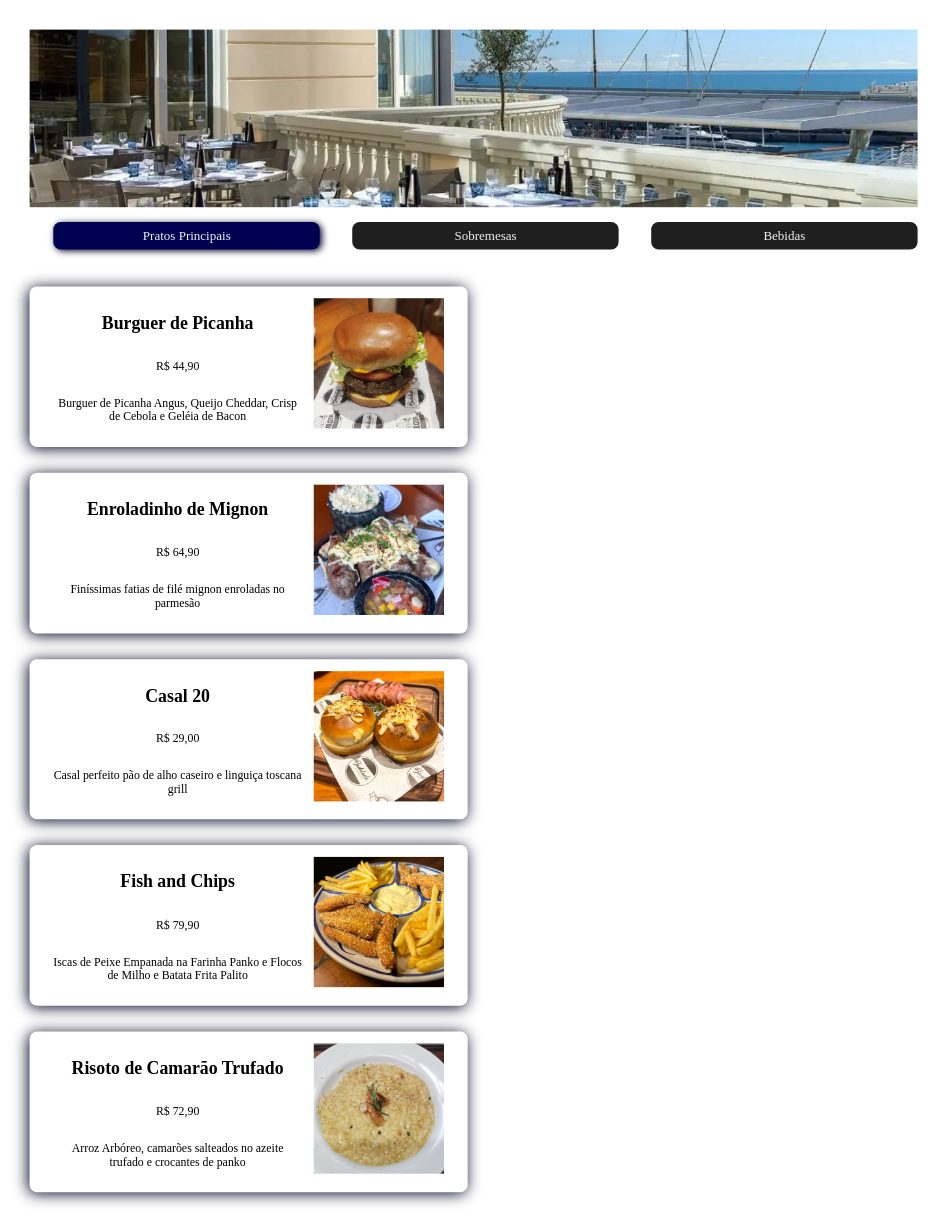
Repository: CarlosEduardoVdeOliveira/cardapio
Page: /
An editor plug-in stored every save of this project. The page is shown before and after the next save, followed by the edit.
The browser window is 1280 px wide. The pictures show the whole page, at 74% of full size.
The project was rebuilt for these pictures with package versions that can differ from the ones it lists, and the page was loaded fresh each time. Also part of the build but not shown: vite.config.js.

Above is the page before, as saved 2024-02-02 14:54:42.

After the next save:
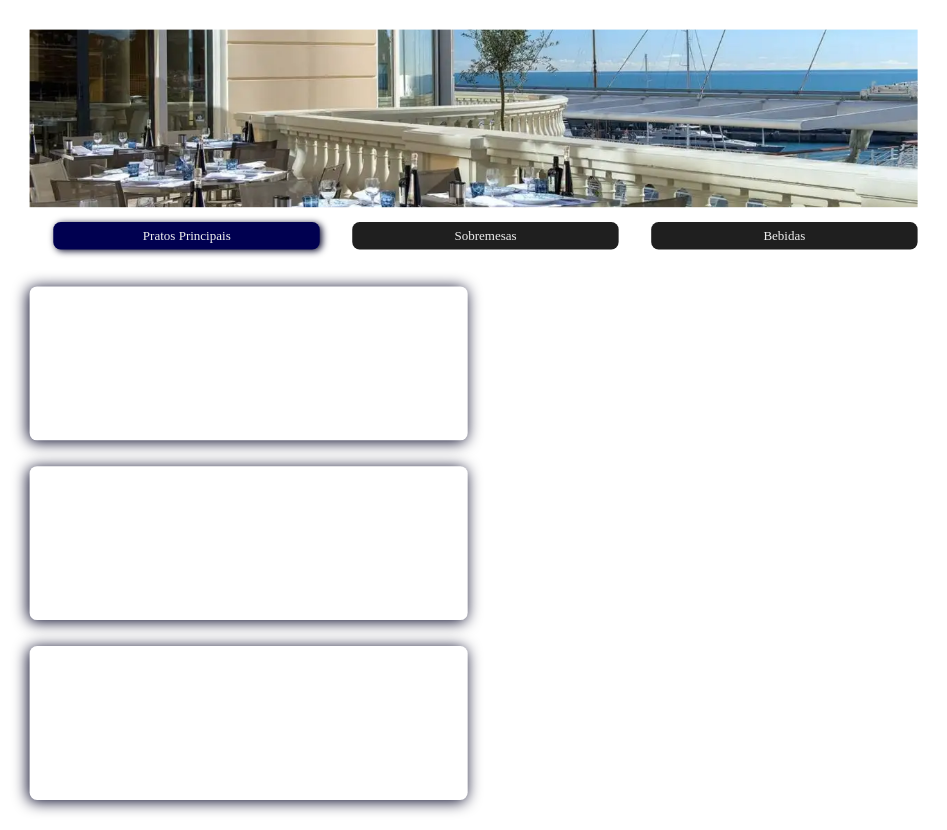
Saved 15 min 28 s later.
--- a/src/App.jsx
+++ b/src/App.jsx
@@ -6,18 +6,20 @@
 import { pratosPrincipais, bebidas, sobremesas } from './cardapio'
 
 export function App() {
+  const paginas = [pratosPrincipais, bebidas, sobremesas]
+  const paginaMenu = 0
   return (
     <>
       <img className="capa" src={banner} alt="imagem do restaurante em Monaco, França, em frente ao mar" />
       <Navegacao />
       <div className="menu">
         {
-          pratosPrincipais.map(prato =>(
+          paginas.map(item =>(
             <ItemCardapio
-              nome={prato.nome}
-              preco={prato.preco}
-              descricao={prato.descricao}
-              imagem={prato.imagem}
+              nome={item.nome}
+              preco={item.preco}
+              descricao={item.descricao}
+              imagem={item.imagem}
             />
           ))
         }

After the save that followed:
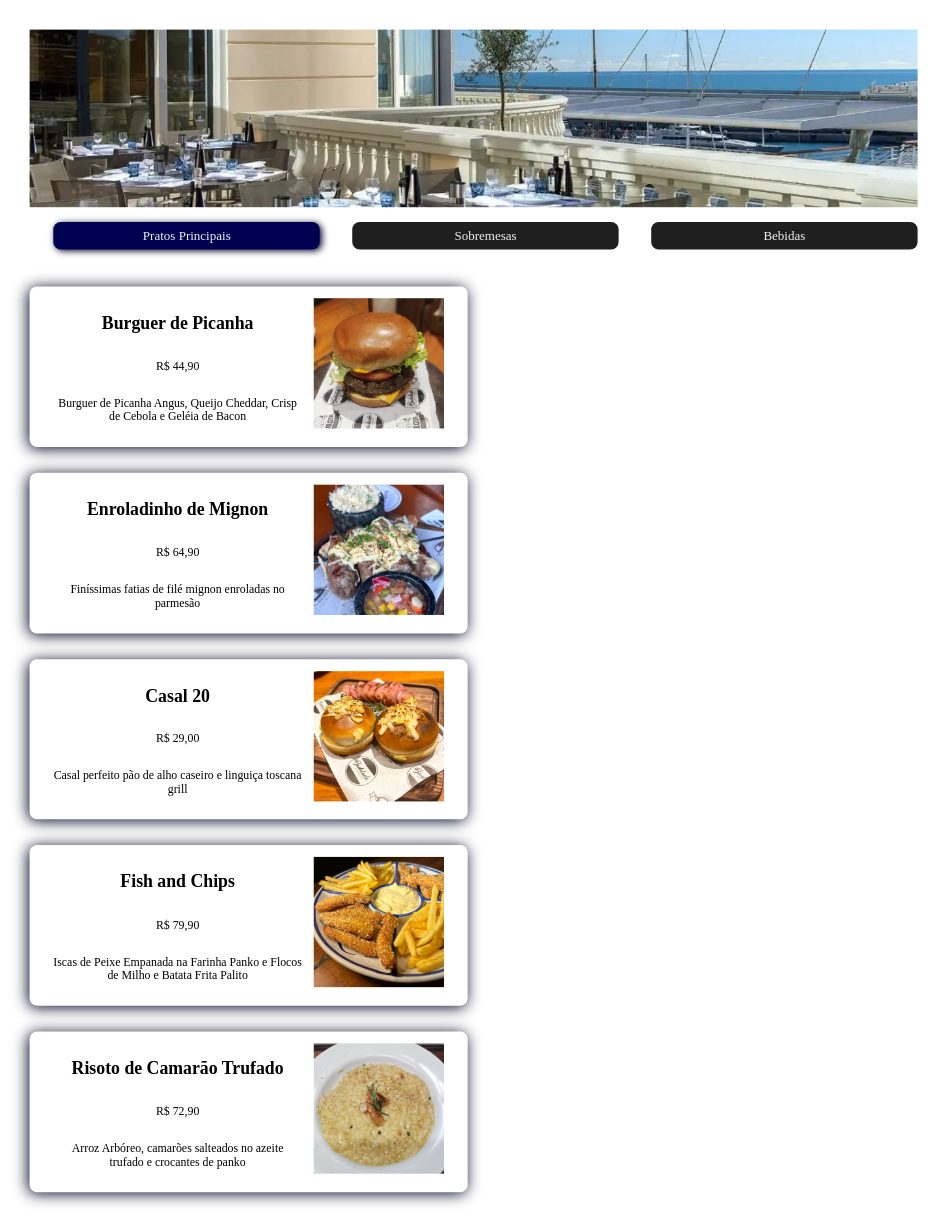
Saved 19 s later.
--- a/src/App.jsx
+++ b/src/App.jsx
@@ -14,7 +14,7 @@
       <Navegacao />
       <div className="menu">
         {
-          paginas.map(item =>(
+          paginas[paginaMenu].map(item =>(
             <ItemCardapio
               nome={item.nome}
               preco={item.preco}
